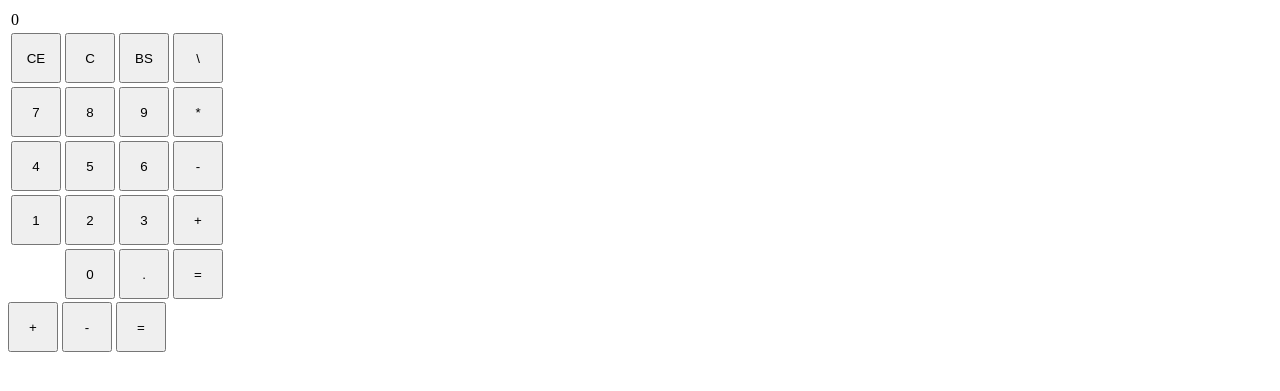
Repository: Doyoung-Park/JSP_Servlet
Page: workspace/JSPPrj/src/main/webapp/calc3.html
The author's editor kept a copy of each file at every save. The page is drawn from the files as they stood at one save, then again after the next save.
The browser window is 1280 px wide. The pictures show the whole page.

Above is the page before, as saved 2022-01-18 14:40:24.

After the next save:
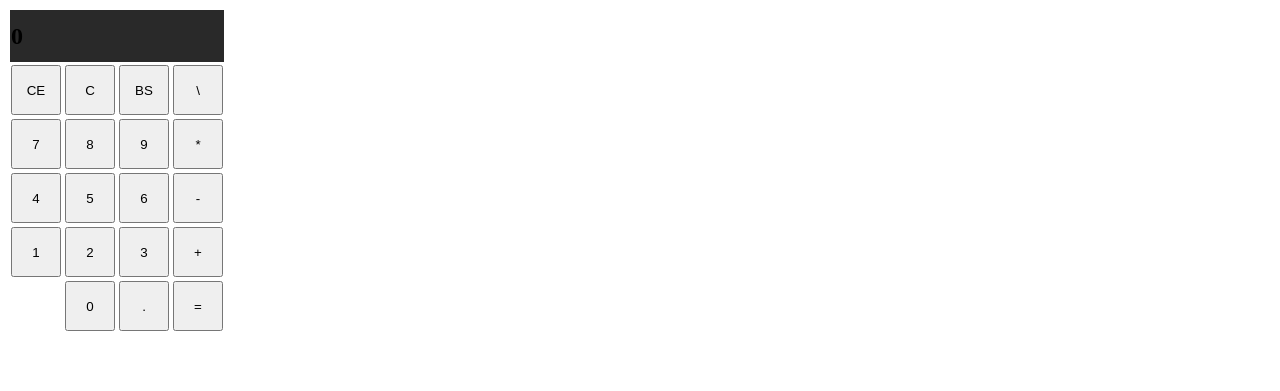
Saved 2 min 21 s later.
--- a/workspace/JSPPrj/src/main/webapp/calc3.html
+++ b/workspace/JSPPrj/src/main/webapp/calc3.html
@@ -8,6 +8,12 @@ input{
 	width:50px;
 	height:50px;
 }
+.output{
+	height:50px;
+	background:#292929;
+	font-size:24px;
+	font-weight:bold;
+}
 </style>
 </head>
 <body>
@@ -16,36 +22,31 @@ input{
 
 		 	<table>
 		 		<tr>
-
-		 			<td colspan="4">0</td>
+		 			<td class="output" colspan="4">0</td>
 		 		</tr>
 		 		<tr>
 		 			<td><input type="submit" name="operator" value="CE"/></td>
 		 			<td><input type="submit" name="operator" value="C"/></td>
 		 			<td><input type="submit" name="operator" value="BS"/></td>
 		 			<td><input type="submit" name="operator" value="\"/></td>
-
 		 		</tr>
 		 		<tr>
 		 			<td><input type="submit" name="operator" value="7"/></td>
 		 			<td><input type="submit" name="operator" value="8"/></td>
 		 			<td><input type="submit" name="operator" value="9"/></td>
 		 			<td><input type="submit" name="operator" value="*"/></td>
-
 		 		</tr>
 		 		<tr>
 		 			<td><input type="submit" name="operator" value="4"/></td>
 		 			<td><input type="submit" name="operator" value="5"/></td>
 		 			<td><input type="submit" name="operator" value="6"/></td>
 		 			<td><input type="submit" name="operator" value="-"/></td>
-
 		 		</tr>
 		 		<tr>
 		 			<td><input type="submit" name="operator" value="1"/></td>
 		 			<td><input type="submit" name="operator" value="2"/></td>
 		 			<td><input type="submit" name="operator" value="3"/></td>
 		 			<td><input type="submit" name="operator" value="+"/></td>
-
 		 		</tr>
 		 		<tr>
 		 			<td></td>
@@ -55,12 +56,6 @@ input{
 
 		 		</tr>
 		 	</table>
-		 		<div>
-		 			<input type="submit" name="operator" value="+"/>
-		 			<input type="submit" name="operator" value="-"/>
-		 			<input type="submit" name="operator" value="="/>
-		 		</div>
-
 
 		 </form>
 	</div>
